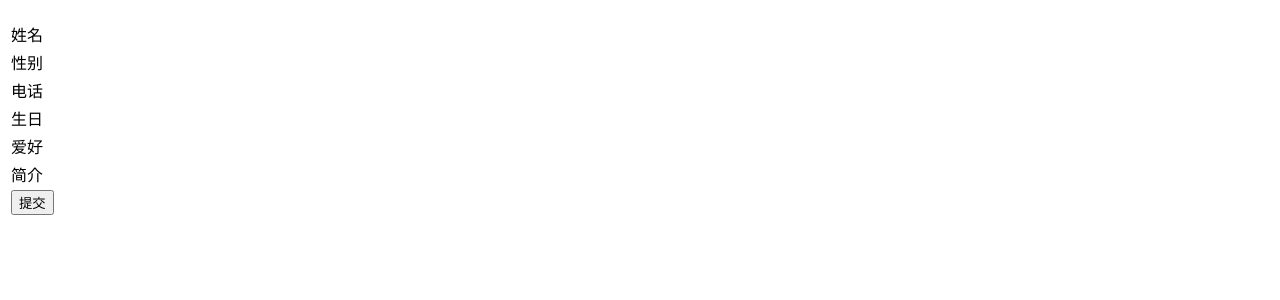
Repository: ChengqunYang/JAVA
Page: http://localhost/stu/add.jsp
These files come from the project's save history. The page is drawn as it stood at one moment and after the next save; the edit follows.
The browser window is 1280 px wide. The pictures show the whole page.
The page is served by Tomcat 9. Other server files are loaded and not shown.

Above is the page before, as saved 2019-04-08 11:04:24.

### stu/WebContent/add.jsp
<%@ page language="java" contentType="text/html; charset=UTF-8"
    pageEncoding="UTF-8"%>
<!DOCTYPE html PUBLIC "-//W3C//DTD HTML 4.01 Transitional//EN" "http://www.w3.org/TR/html4/loose.dtd">
<html>
<head>
<meta http-equiv="Content-Type" content="text/html; charset=UTF-8">
<title>添加学生页面</title>
</head>
<body>
<h3></h3>
<table>
	<tr>
		<td>姓名</td>
		<td></td>
	</tr>
	<tr>
		<td>性别</td>
		<td></td>
	</tr>
	<tr>
		<td>电话</td>
		<td></td>
	</tr>
	<tr>
		<td>生日</td>
		<td></td>
	</tr>
	<tr>
		<td>爱好</td>
		<td></td>
	</tr>
	<tr>
		<td>简介</td>
		<td></td>
	</tr>
	<tr>
		<td colspan="2" ><input type = "submit" value = "提交"> </td>
	</tr>

</table>
</body>
</html>

After the next save:
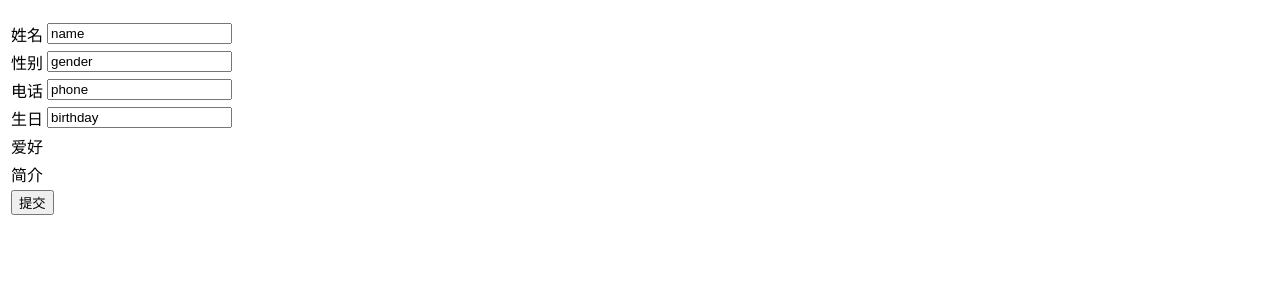
Saved 98 s later.
--- a/stu/WebContent/add.jsp
+++ b/stu/WebContent/add.jsp
@@ -11,19 +11,19 @@
 <table>
 	<tr>
 		<td>姓名</td>
-		<td></td>
+		<td><input type = "text" value = "name"></td>
 	</tr>
 	<tr>
 		<td>性别</td>
-		<td></td>
+		<td><input type = "text" value = "gender"></td>
 	</tr>
 	<tr>
 		<td>电话</td>
-		<td></td>
+		<td><input type = "text" value = "phone"></td>
 	</tr>
 	<tr>
 		<td>生日</td>
-		<td></td>
+		<td><input type = "text" value = "birthday"></td>
 	</tr>
 	<tr>
 		<td>爱好</td>
